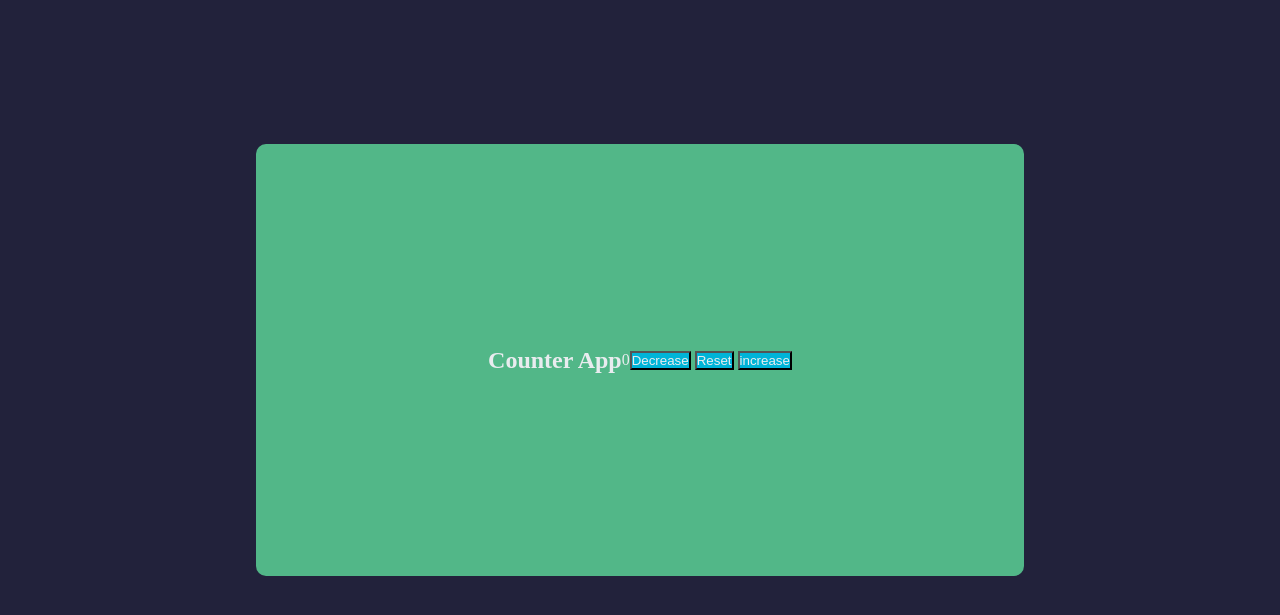
Repository: Yuukicoder/basicProject
Page: project2.html
These files come from the project's save history. The page is drawn as it stood at one moment and after the next save; the edit follows.
The browser window is 1280 px wide. The pictures show the whole page.
Some web fonts or font styles are not loaded; a fallback is used.

Above is the page before, as saved 2023-02-24 17:05:45.

After the next save:
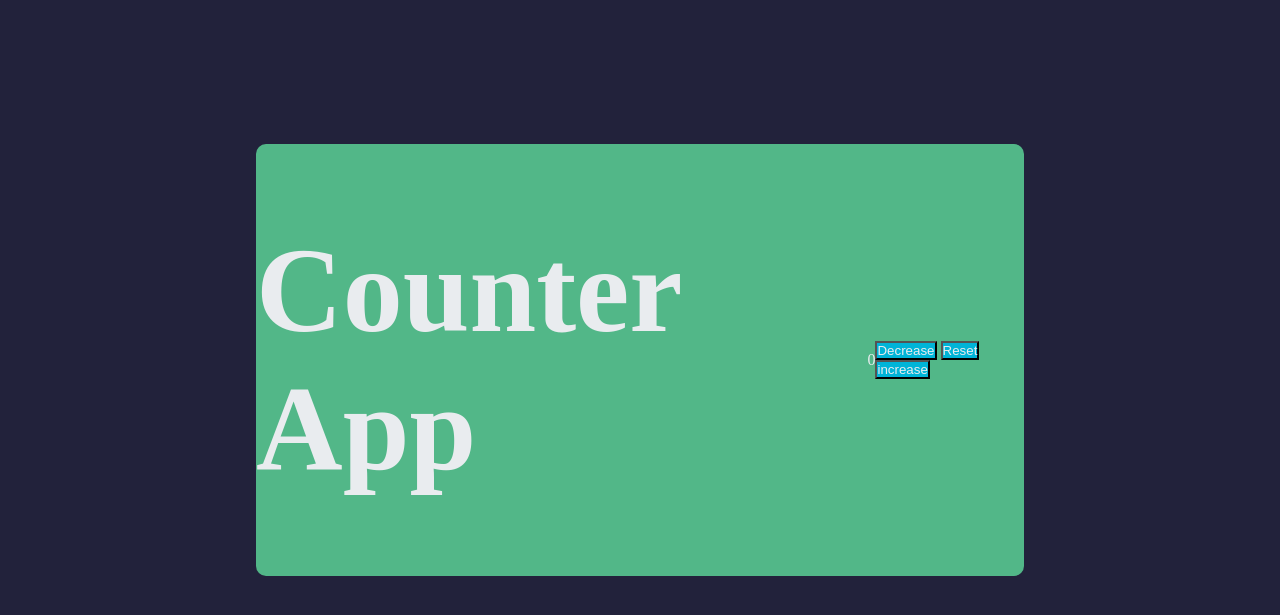
Saved 18 s later.
--- a/assets/css/project2.css
+++ b/assets/css/project2.css
@@ -32,6 +32,7 @@ p {
 }
 h1 {
   font-family: Arima;
+  font-size: 120px;
 }
 button {
   background-color: var(--button);
